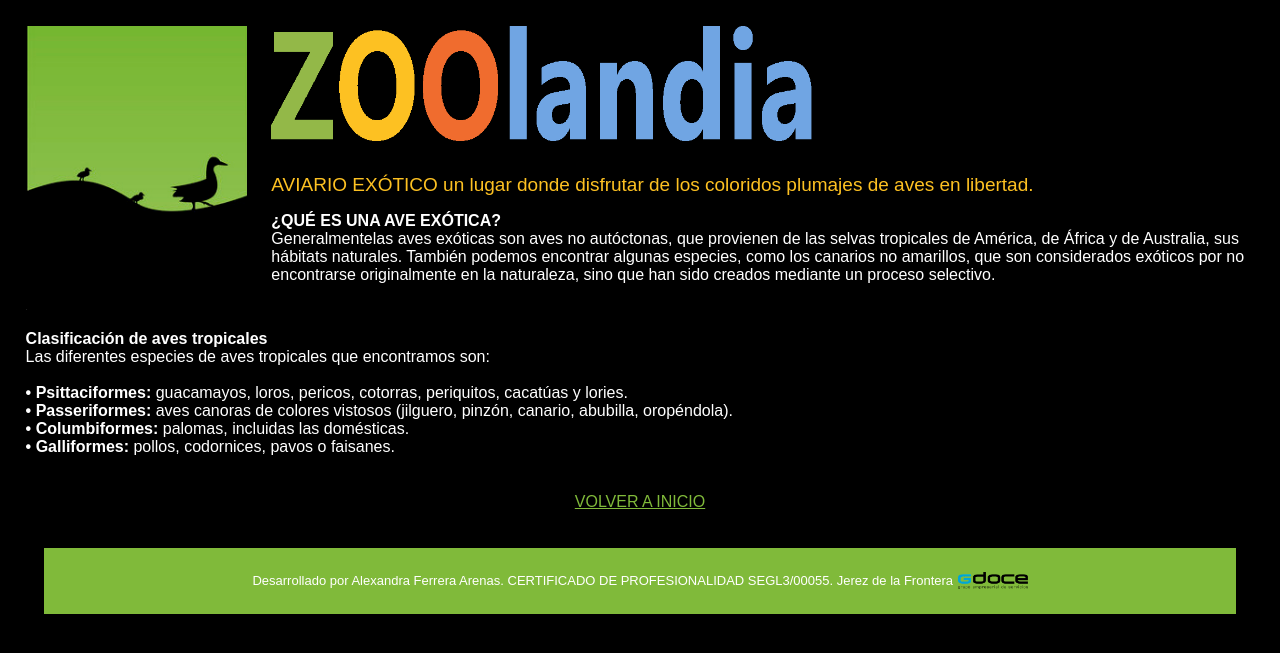
Repository: iSaan86/EV_Pr-ctica_Zoolandia
Page: aviario.html
The author's editor kept a copy of each file at every save. The page is drawn from the files as they stood at one save, then again after the next save.
The browser window is 1280 px wide. The pictures show the whole page.

Above is the page before, as saved 2023-11-27 19:49:07.

After the next save:
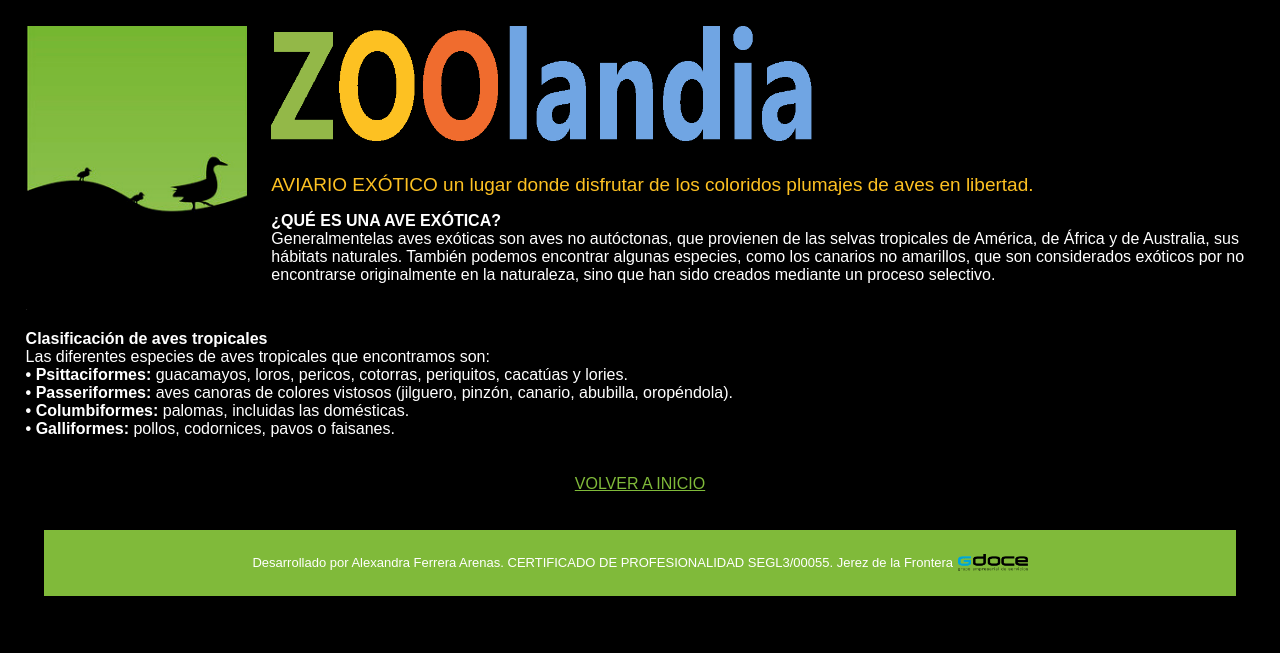
Saved 63 s later.
--- a/aviario.html
+++ b/aviario.html
@@ -41,7 +41,7 @@
             <p  style="color: white; font-weight: lighter;">
                 <strong> Clasificación de aves tropicales</strong>
                 <br>Las diferentes especies de aves tropicales que encontramos son:
-                <br><br><strong>• Psittaciformes:</strong> guacamayos, loros, pericos, cotorras, periquitos, cacatúas y lories.
+                <br><strong>• Psittaciformes:</strong> guacamayos, loros, pericos, cotorras, periquitos, cacatúas y lories.
                 <br><strong>• Passeriformes:</strong> aves canoras de colores vistosos (jilguero, pinzón, canario, abubilla, oropéndola).
                 <br><strong>• Columbiformes:</strong> palomas, incluidas las domésticas.
                 <br><strong>• Galliformes:</strong> pollos, codornices, pavos o faisanes.
